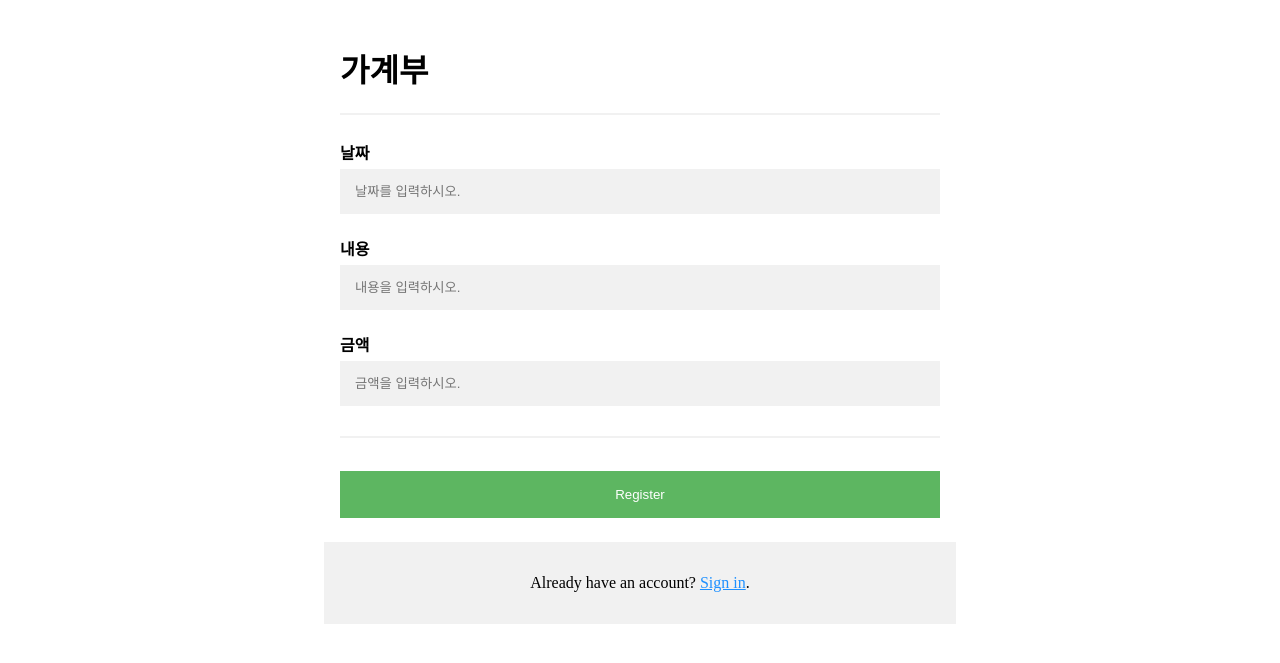
Repository: yonghwankim-dev/FinancialLedgerService
Page: http://localhost/FinancialLedger/
These files come from the project's save history. The page is drawn as it stood at one moment and after the next save; the edit follows.
The browser window is 1280 px wide. The pictures show the whole page.
The page is served by Tomcat 9. Other server files are loaded and not shown.

Above is the page before, as saved 2021-02-23 03:48:27.

### FinancialLedger/WebContent/index.jsp
<%@ page language="java" contentType="text/html; charset=EUC-KR"
    pageEncoding="EUC-KR"%>
<!DOCTYPE html>
<html>
<head>
<meta charset="EUC-KR">
<title>Insert title here</title>
<link rel="stylesheet" href="/css/index.css">
</head>
<body>
	<form action="action_page.php">
		<div class="container_align">
		  <div class="container">
		    <h1>가계부</h1>
		    <hr>

		    <label for="regdate"><b>날짜</b></label>
		    <input type="text" placeholder="날짜를 입력하시오." name="regdate" id="regdate" required>

		    <label for="content"><b>내용</b></label>
		    <input type="text" placeholder="내용을 입력하시오." name="content" id="content" required>

		    <label for="price"><b>금액</b></label>
		    <input type="text" placeholder="금액을 입력하시오." name="price" id="price" required>


		    <hr>


		    <button type="submit" class="registerbtn">Register</button>
		  </div>
		</div>
		<div class="container_align">
		  <div class="container signin">
		    <p>Already have an account? <a href="#">Sign in</a>.</p>
		  </div>
		</div>

	</form>
</body>
</html>

### FinancialLedger/WebContent/css/index.css
* {box-sizing: border-box}

/* Add padding to containers */
.container_align{
	display: flex;
	justify-content: center;
}
.container {
  width:50%;
  padding: 16px;
}

/* Full-width input fields */
input[type=text], input[type=password] {
  width: 100%;
  padding: 15px;
  margin: 5px 0 22px 0;
  display: inline-block;
  border: none;
  background: #f1f1f1;
}

input[type=text]:focus, input[type=password]:focus {
  background-color: #ddd;
  outline: none;
}

/* Overwrite default styles of hr */
hr {
  border: 1px solid #f1f1f1;
  margin-bottom: 25px;
}

/* Set a style for the submit/register button */
.registerbtn {
  background-color: #4CAF50;
  color: white;
  padding: 16px 20px;
  margin: 8px 0;
  border: none;
  cursor: pointer;
  width: 100%;
  opacity: 0.9;
}

.registerbtn:hover {
  opacity:1;
}

/* Add a blue text color to links */
a {
  color: dodgerblue;
}

/* Set a grey background color and center the text of the "sign in" section */
.signin {
  background-color: #f1f1f1;
  text-align: center;
}

After the next save:
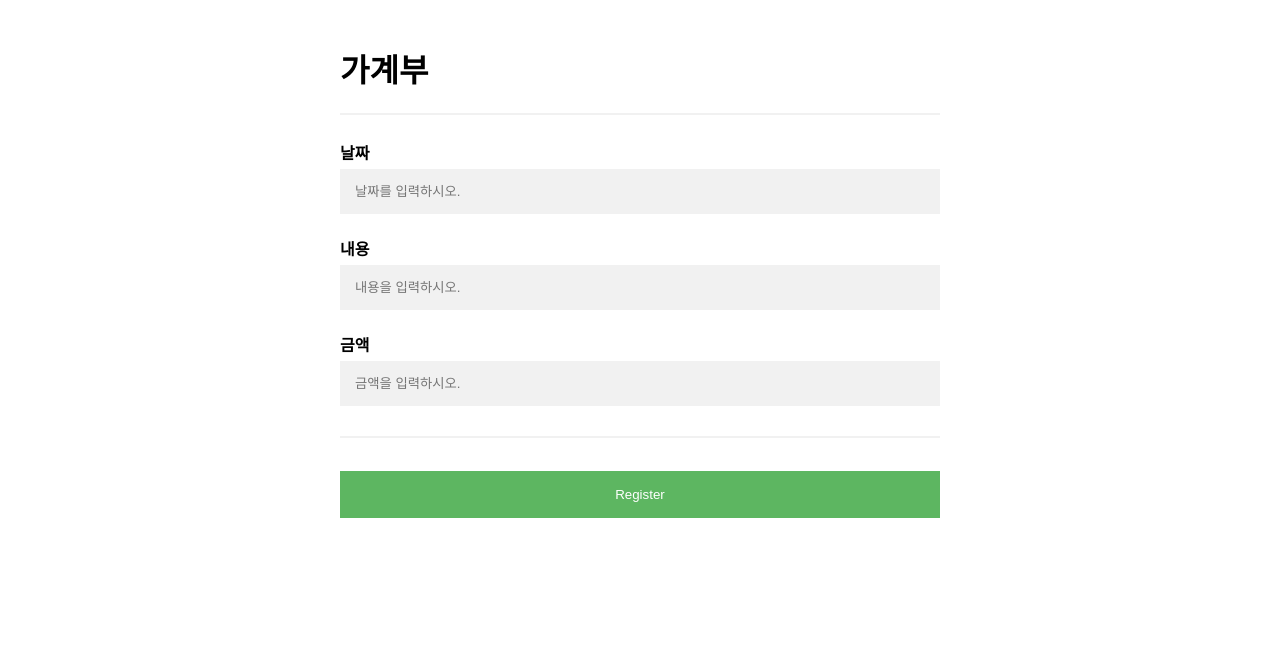
Saved 23 s later.
--- a/FinancialLedger/WebContent/index.jsp
+++ b/FinancialLedger/WebContent/index.jsp
@@ -30,12 +30,6 @@
 		    <button type="submit" class="registerbtn">Register</button>
 		  </div>
 		</div>
-		<div class="container_align">
-		  <div class="container signin">
-		    <p>Already have an account? <a href="#">Sign in</a>.</p>
-		  </div>
-		</div>
-
 	</form>
 </body>
 </html>
